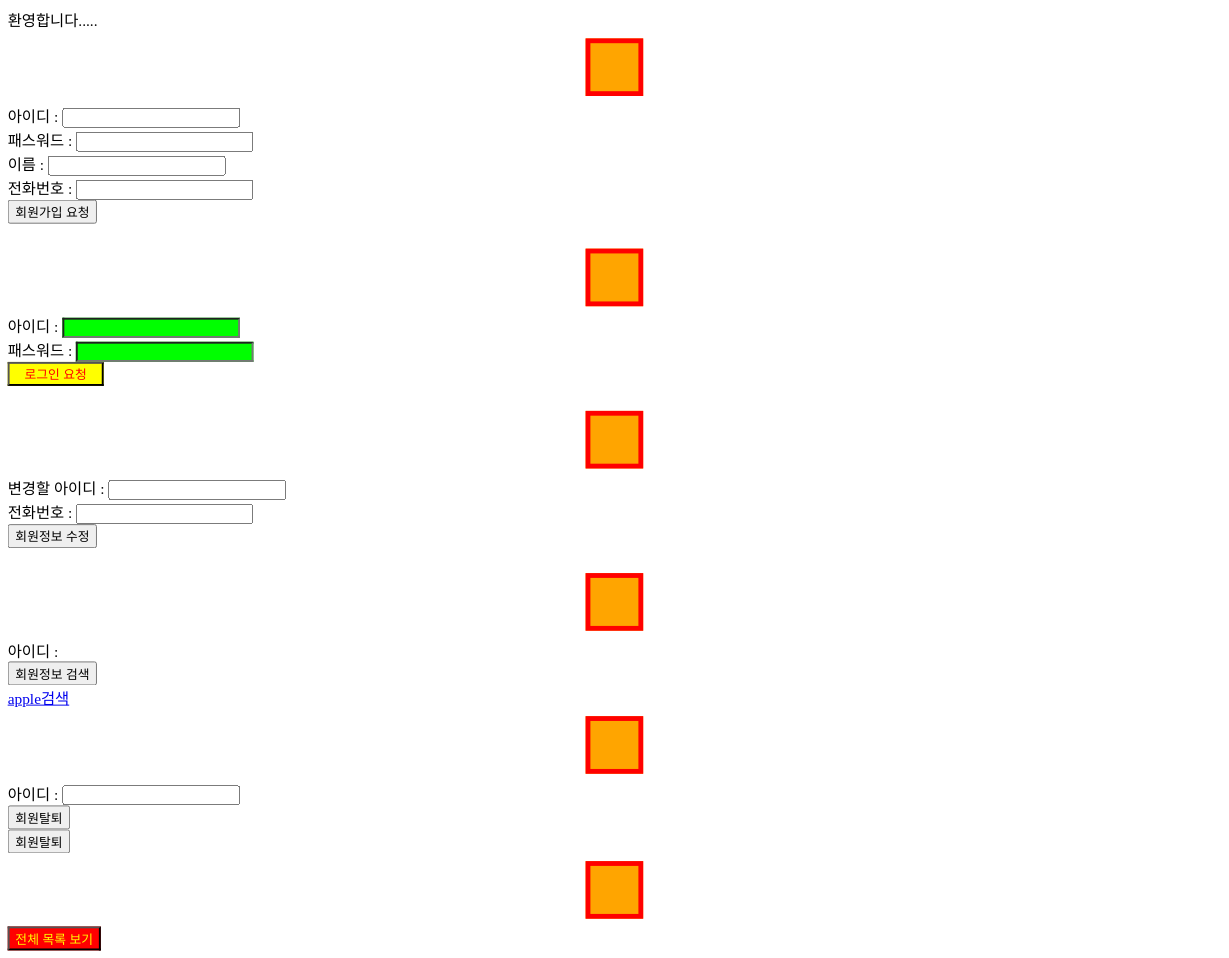
Repository: songhyeonjun/java
Page: http://localhost/spring03/
An editor plug-in stored every save of this project. The page is shown before and after the next save, followed by the edit.
The browser window is 1280 px wide. The pictures show the whole page, at 96% of full size.
The page is served by Tomcat 9. Other server files are loaded and not shown.

Above is the page before, as saved 2022-02-16 06:31:22.

### spring03/src/main/webapp/index.jsp
<%@ page language="java" contentType="text/html; charset=UTF-8"
    pageEncoding="UTF-8"%>
<!DOCTYPE html>
<html>
   <head>
      <meta charset="UTF-8">
      <title>Insert title here</title>
      <link rel="stylesheet" type="text/css" href="resources/css/out.css">
	  <script type="text/javascript" src="resources/js/out.js"></script>
	  <script src="https://ajax.googleapis.com/ajax/libs/jquery/3.6.0/jquery.min.js"></script>
	  <script type="text/javascript">
	  	call()

	  	$(function() {
	  		// JQUERY : 자주 쓰는 자바스크립트 기능을
	  		// 라이브러리로 만들어 놓은 것.
	  		// 복잡한 문법을 단순화 시켜줌
	  		alert('html이 ram에 모두 로딩 되었음.')
	  	});
	  </script>
   </head>
   <body>
   환영합니다.....<br>
   <hr color='red'>
   <form action="create">
   아이디   : <input type="text" name="id"><br>
   패스워드   : <input type="text" name="pw"><br>
   이름 : <input type="text" name="name"><br>
   전화번호 : <input type="text" name="tel"><br>
   <button>회원가입 요청</button>
   </form>
   <br>
   <hr color="blue">
   <form action="login.jsp">
   아이디 : <input type="text" name="id" style=background:lime;><br>
   패스워드   : <input type="text" name="pw"  style=background:lime;><br>
   <button style=background:yellow;color:red;width:100px;>로그인 요청</button>
   </form>
   <br>
   <hr color="blue">
   <form action="update">
   변경할 아이디 : <input type="text" name="id" ><br>
   전화번호 : <input type="text" name="tel"><br>
   <button>회원정보 수정 </button>
   </form>
   <br>
   <hr color="blue">
   <form action="one.jsp">
   아이디 : <input type="hidden" name="id" value="${user}"><br>
   <button>회원정보 검색  </button>
   </form>
   <a href="one.jsp?id=apple">apple검색  </a>
   <br>
   <hr color="blue">
   <form action="delete">
   아이디 : <input type="text" name="id" value="${user}"><br>
   <button>회원탈퇴</button>
   </form>
   <a href="delete.jsp?id=${user}">
      <button>회원탈퇴</button>
   </a>
   <br>
   <hr color="blue">
   <a href="list.jsp">
      <button style=color:yellow;background:red;>전체 목록 보기</button>
   </a>
   </body>
</html>

### spring03/src/main/webapp/resources/css/out.css
@charset "UTF-8";
hr {
	width: 50px;
	height: 50px;
	background: orange;
	border: 5px solid red;
}

### spring03/src/main/webapp/resources/js/out.js
function call(){
	alert('i am a java programmer')
}

After the next save:
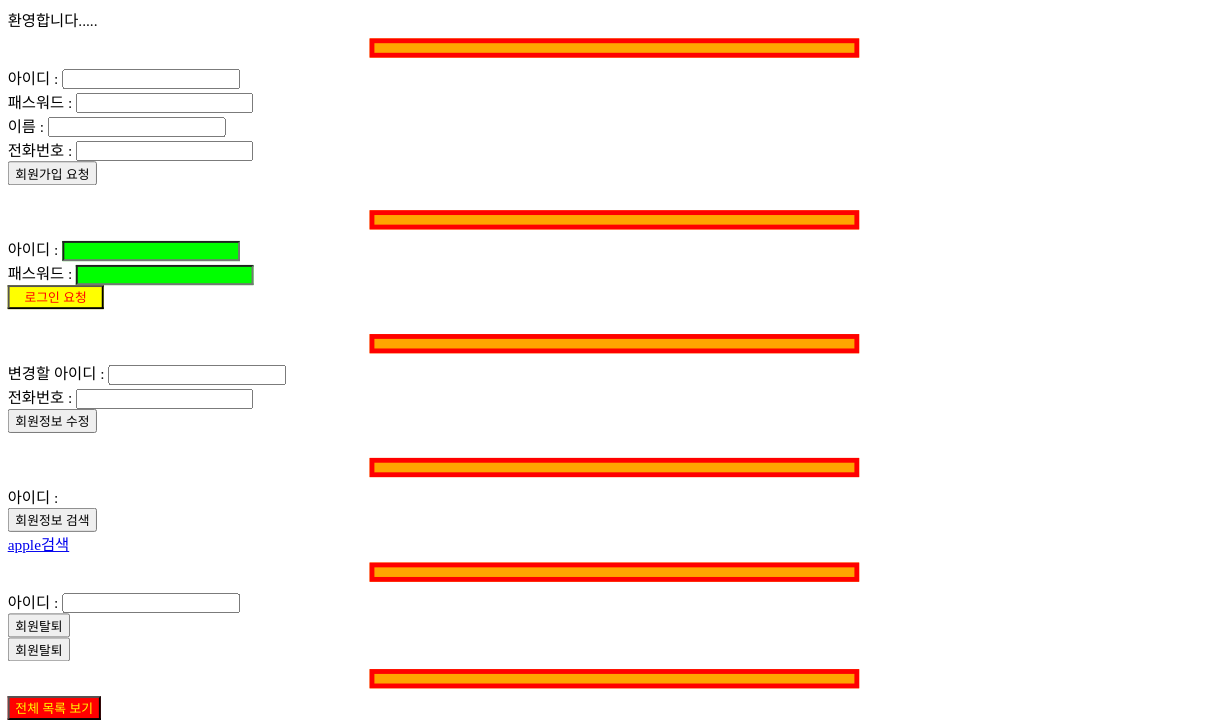
Saved 119 s later.
--- a/spring03/src/main/webapp/resources/css/out.css
+++ b/spring03/src/main/webapp/resources/css/out.css
@@ -1,7 +1,7 @@
 @charset "UTF-8";
 hr {
-	width: 50px;
-	height: 50px;
+	width: 500px;
+	height: 10px;
 	background: orange;
 	border: 5px solid red;
 }
